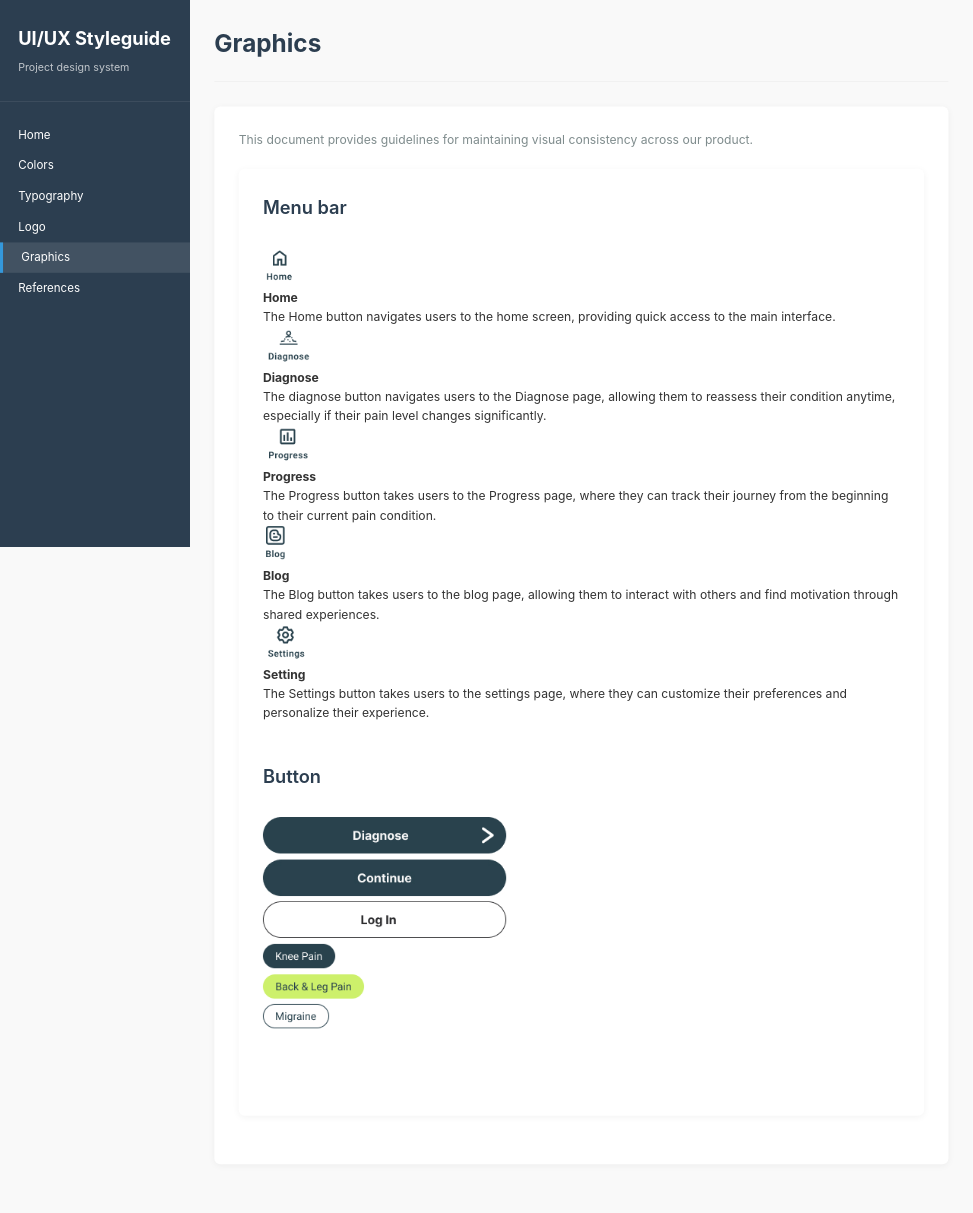
Repository: rosielee09/Heal_U
Page: graphics.html
The author's editor kept a copy of each file at every save. The page is drawn from the files as they stood at one save, then again after the next save.
The browser window is 1280 px wide. The pictures show the whole page, at 76% of full size.

Above is the page before, as saved 2025-04-03 21:11:42.

After the next save:
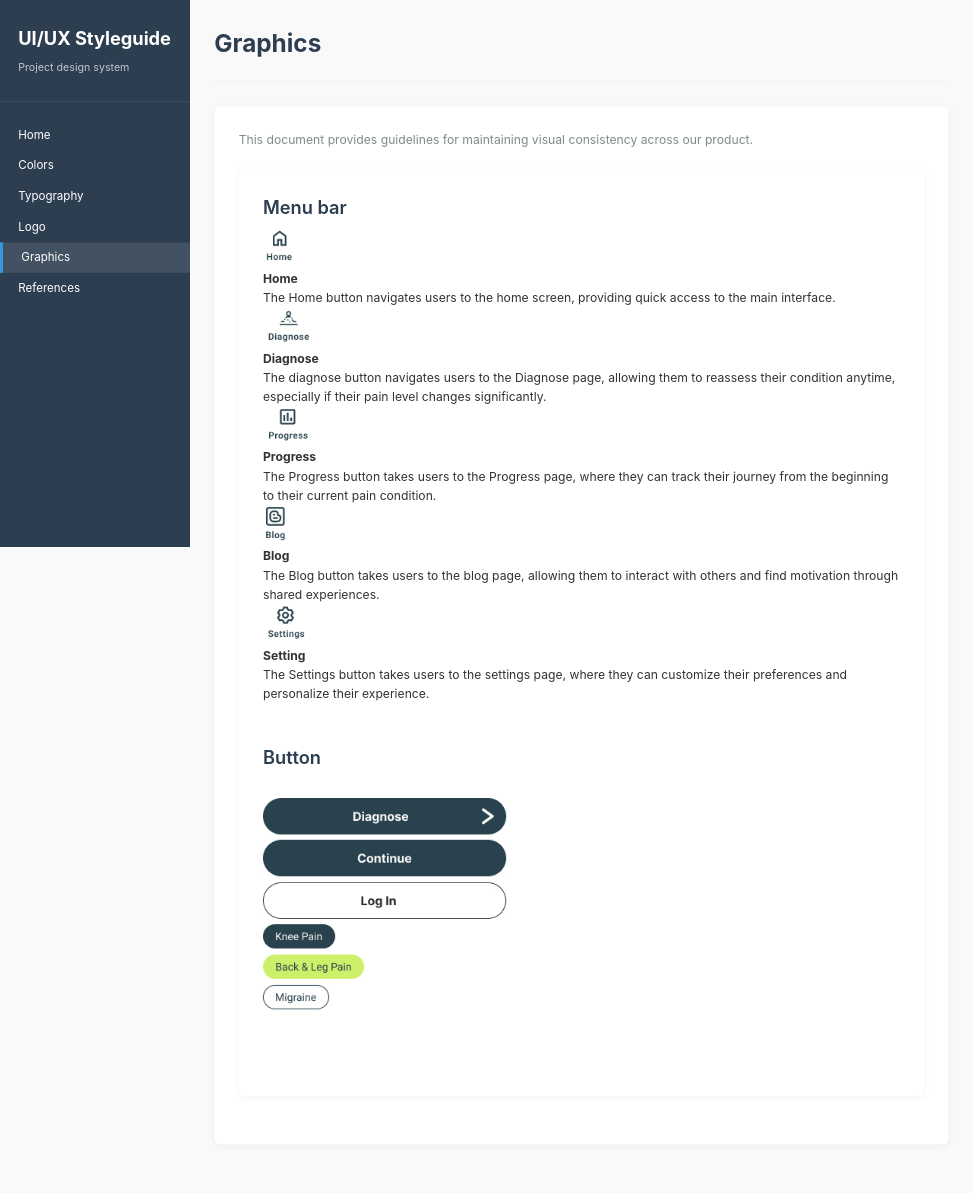
Saved 7 min 13 s later.
--- a/graphics.html
+++ b/graphics.html
@@ -38,55 +38,55 @@
            <!-- SECTION 1: menu bar -->
            <div class="component">
             <div class="component-header">
-        <div class="component-section">
-            <h3 class="component-title">Menu bar</h3>
-            <br>
-            <div class="graphic-grid">
-                  <!-- home -->
-                <div class="graphic-item">
-                    <img class="graphic-menu__icon" src="/img/graphic-menu/home.png" alt="home">
-                    <div class="graphic-info">
-                        <h4 class="graphic-title">Home</h4>
-                        <div>The Home button navigates users to the home screen, providing quick access to the main interface.</div>
+                <div class="component-section">
+                    <h3 class="component-title">Menu bar</h3>
+
+                    <div class="graphic-grid">
+                        <!-- home -->
+                        <div class="graphic-item">
+                            <img class="graphic-menu__icon" src="/img/graphic-menu/home.png" alt="home">
+                            <div class="graphic-info">
+                                <h4 class="graphic-title">Home</h4>
+                                <div>The Home button navigates users to the home screen, providing quick access to the main interface.</div>
+                            </div>
+                        </div>
+                        <!-- diagnose -->
+                        <div class="graphic-item">
+                            <img class="graphic-menu__icon" src="/img/graphic-menu/diagnose.png" alt="diagnose">
+                            <div class="graphic-info">
+                                <h4 class="graphic-title">Diagnose </h4>
+                                <div>The diagnose button navigates users to the Diagnose page, allowing them to reassess their condition anytime, especially if their pain level changes significantly.</div>
+                            </div>
+                        </div>
+                        <!-- Progress -->
+                        <div class="graphic-item">
+                            <img class="graphic-menu__icon" src="/img/graphic-menu/progress.png" alt="Progress">
+                            <div class="graphic-info">
+                                <h4 class="graphic-title">Progress </h4>
+                                <div>
+                                    The Progress button takes users to the Progress page, where they can track their journey from the beginning to their current pain condition.</div>
+                            </div>
+                        </div>
+
+                        <!-- blog -->
+                        <div class="graphic-item">
+                            <img class="graphic-menu__icon" src="/img/graphic-menu/blog.png" alt="blog">
+                            <div class="graphic-info">
+                                <h4 class="graphic-title">Blog </h4>
+                                <div>The Blog button takes users to the blog page, allowing them to interact with others and find motivation through shared experiences.</div>
+                        </div>
+                        </div>
+
+                        <!-- Setting -->
+                        <div class="graphic-item">
+                            <img class="graphic-menu__icon" src="/img/graphic-menu/setting.png" alt="Setting">
+                            <div class="graphic-info">
+                                <h4 class="graphic-title">Setting </h4>
+                                <div>The Settings button takes users to the settings page, where they can customize their preferences and personalize their experience.</div>
+
                     </div>
                 </div>
-                  <!-- diagnose -->
-                  <div class="graphic-item">
-                    <img class="graphic-menu__icon" src="/img/graphic-menu/diagnose.png" alt="diagnose">
-                    <div class="graphic-info">
-                        <h4 class="graphic-title">Diagnose </h4>
-                        <div>The diagnose button navigates users to the Diagnose page, allowing them to reassess their condition anytime, especially if their pain level changes significantly.</div>
-                    </div>
-                </div>
-                <!-- Progress -->
-                <div class="graphic-item">
-                    <img class="graphic-menu__icon" src="/img/graphic-menu/progress.png" alt="Progress">
-                    <div class="graphic-info">
-                        <h4 class="graphic-title">Progress </h4>
-                        <div>
-                            The Progress button takes users to the Progress page, where they can track their journey from the beginning to their current pain condition.</div>
-                    </div>
-                </div>
-
-                <!-- blog -->
-                <div class="graphic-item">
-                    <img class="graphic-menu__icon" src="/img/graphic-menu/blog.png" alt="blog">
-                    <div class="graphic-info">
-                        <h4 class="graphic-title">Blog </h4>
-                        <div>The Blog button takes users to the blog page, allowing them to interact with others and find motivation through shared experiences.</div>
-                </div>
-                </div>
-
-                  <!-- Setting -->
-                  <div class="graphic-item">
-                    <img class="graphic-menu__icon" src="/img/graphic-menu/setting.png" alt="Setting">
-                    <div class="graphic-info">
-                        <h4 class="graphic-title">Setting </h4>
-                        <div>The Settings button takes users to the settings page, where they can customize their preferences and personalize their experience.</div>
-
             </div>
-        </div>
-    </div>
 <br>
 <br>
 
